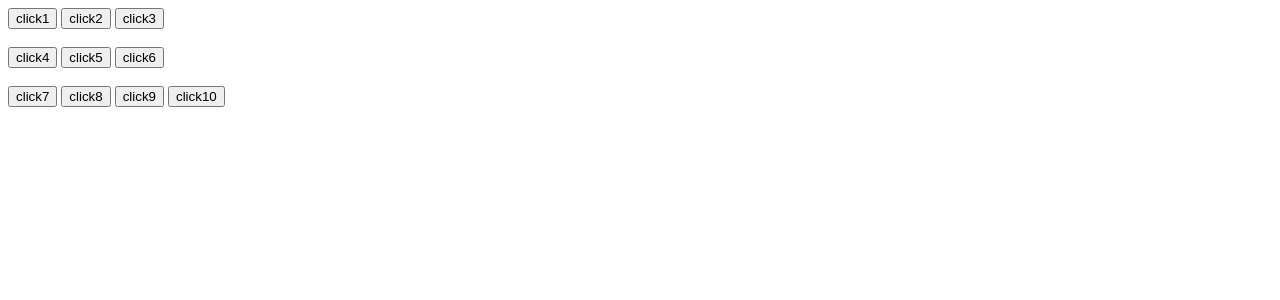
Repository: Jeong43/WebStudy
Page: JsonApp/WebContent/JsonTest07.html
The author's editor kept a copy of each file at every save. The page is drawn from the files as they stood at one save, then again after the next save.
The browser window is 1280 px wide. The pictures show the whole page.

Above is the page before, as saved 2021-12-09 01:41:55.

After the next save:
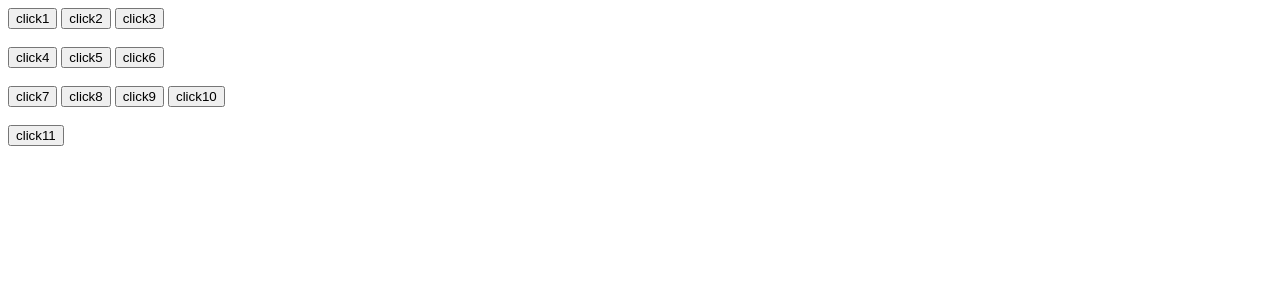
Saved 2 min 37 s later.
--- a/JsonApp/WebContent/JsonTest07.html
+++ b/JsonApp/WebContent/JsonTest07.html
@@ -60,6 +60,11 @@
 	<input type="button" value="click10" onclick="alert(typeof myJsonObj7[1])" />
 	<!-- → undefined -->
 
+	<br /><br />
+
+	<input type="button" value="click11" onclick="alert(myJsonObj7_1[0] + myJsonObj7_1[1])" />
+
+
 
 </form>
 
